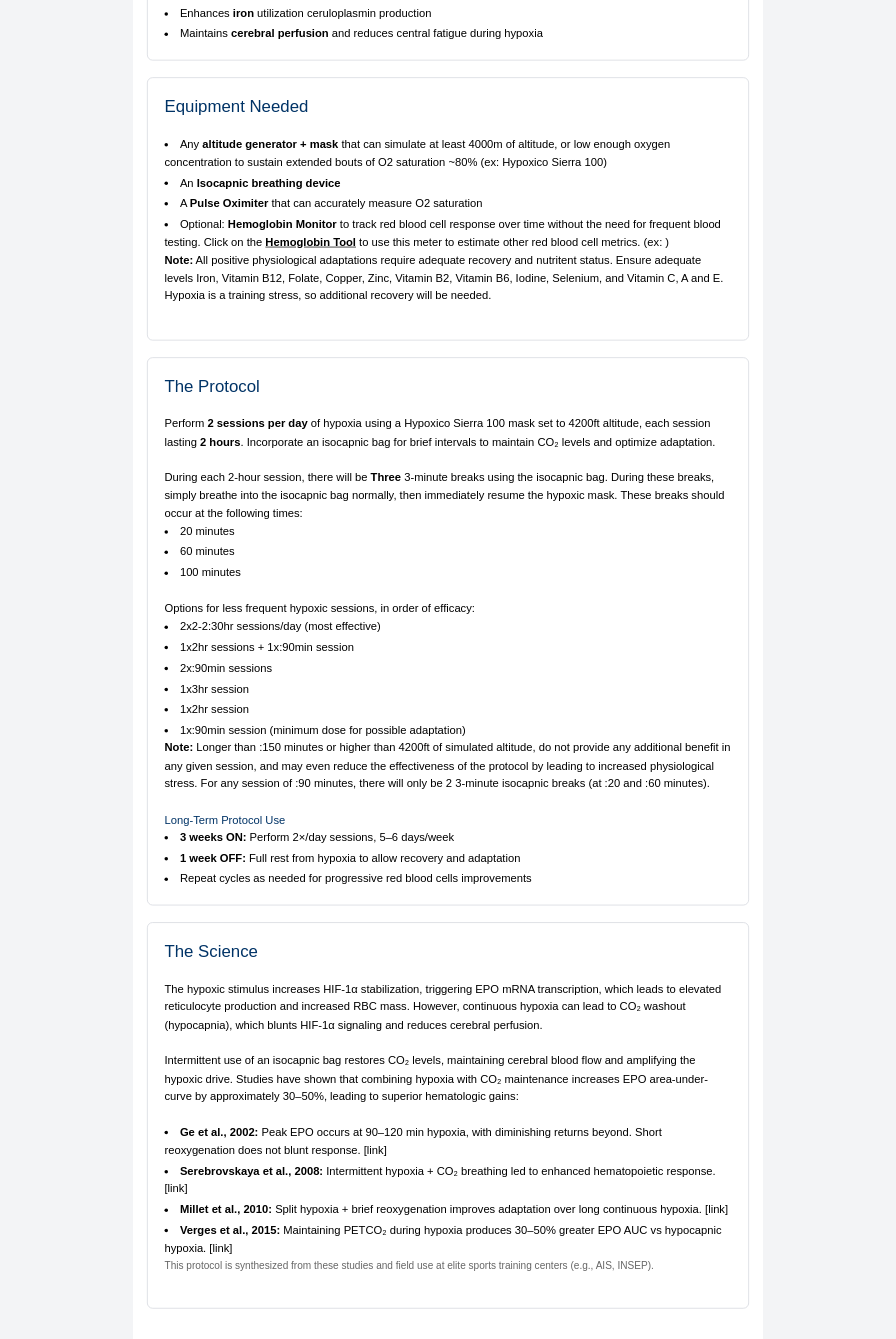
Repository: austenhughes1/hemoglobin_rbc_metrics
Page: hypoxia_protocol.html
An editor plug-in stored every save of this project. The page is shown before and after the next save, followed by the edit.
The browser window is 1280 px wide. The pictures show the part of the page from y = 759 to 2679 px (the page is 2672 px tall before and 2679 px after), at 70% of full size.
Some web libraries are served in a nearby version.

Above is the page before, as saved 2025-06-25 16:20:12.

### hypoxia_protocol.html
<!DOCTYPE html>
<html lang="en">
<head>
  <meta charset="UTF-8" />
  <meta name="viewport" content="width=device-width, initial-scale=1.0"/>
  <title>Hemocalc PRO Hypoxia + Isocapnic Bag Protocol</title>
  <script src="https://cdn.tailwindcss.com"></script>
  <style>
    /* Typography & layout for the content area */
    .content {
      font-family: Arial, sans-serif;
      line-height: 1.6;
      padding: 20px;
      max-width: 900px;
      margin: auto;
      background: white;
    }
    h1, h2, h3 { color: #003366; }
    h1 { border-bottom: 2px solid #003366; padding-bottom: 5px; }
    .citation { font-size: 0.9em; color: #666; }
  </style>
</head>
<body class="bg-gray-100 min-h-screen">

  <!-- Full‐width sticky header -->
  <header class="sticky top-0 z-20 bg-gray-100 shadow-sm w-full">
    <nav class="flex justify-start space-x-2 px-4 py-3">
      <a
        href="index.html"
        class="px-4 py-2 border border-b-0 rounded-t bg-gray-100 text-gray-900 font-medium whitespace-nowrap"
      >
        Hemoglobin Tool
      </a>
      <a
        href="hypoxia_protocol.html"
        class="px-4 py-2 border border-b-0 rounded-t bg-white text-gray-600 hover:bg-gray-200 whitespace-nowrap"
      >
        Hypoxia Protocol
      </a>
    </nav>
  </header>

  <!-- Main content container -->
  <div class="content">
    <h1 class="text-4xl font-bold mb-4">Hypoxia Protocol for Increased Endurance and/or Altitude Adaptation</h1>

    <section class="border border-gray-300 rounded-lg p-6 mb-6 bg-white">
        <h2 class="text-2xl">Why Use This Protocol?</h2>
        <br>
        <p>
        This protocol is designed for endurance athletes, high-altitude athletes, or any individuals aiming to increase their red blood cell (RBC) mass, improve oxygen transport, and improve endurance athletic performance without the use of WADA banned substances.
        </p>
        <br>
        <p>
        Classically, altitude training blocks or altitude exposures such as altitude tents have been a staple for endurance athletes to improve performance. However, these methods have their drawbacks; training at altitude reduces the quality of higher intensity sessions, and altitude tents can reduce sleep quality and recovery. This protocol can ben done in 2-4 hours per day, and can be done while peforming any daily activity that doesn't require you to move to many different rooms or locations (e.g., working at a computer, reading or watching television, etc).
        </p>
        <br>
        <p>
        This protocol can be used anywhere, at any time, once you have the equipment. It is designed to be used in conjunction with your normal training schedule, allowing you to maintain high-quality training while still reaping the benefits of altitude exposure. Even when used while living and/or training at altitude, this protocol will provide benefits above and beyond what can be achieved through altitude exposure alone.
        </p>
        <br>
        <p>By combining controlled hypoxia sessions with intermittent isocapnic breathing, this approach:</p>
        <br>
        <ul class="list-disc list-inside space-y-1">
            <li>Stimulates <strong>erythropoietin (EPO)</strong> production and reticulocyte response</li>
            <li>Enhances <strong>red blood cell mass</strong> for improved endurance</li>
            <li>Enhances <strong>iron</strong> utilization ceruloplasmin production </li>
            <li>Maintains <strong>cerebral perfusion</strong> and reduces central fatigue during hypoxia</li>
        </ul>
    </section>

    <section class="border border-gray-300 rounded-lg p-6 mb-6 bg-white">
        <h2 class="text-2xl">Equipment Needed</h2>
        <br>
        <ul class="list-disc list-inside space-y-1">
            <li>Any <strong>altitude generator + mask</strong> that can simulate at least 4000m of altitude, or low enough oxygen concentration to sustain extended bouts of O2 saturation ~80% (ex: <a href="https://hypoxico.com/products/sierra-100" target="_blank">Hypoxico Sierra 100</a>)</li>
            <li>An <strong>Isocapnic breathing device</strong></li>
            <li>A <strong>Pulse Oximiter</strong> that can accurately measure O2 saturation</li>
            <li>Optional: <strong>Hemoglobin Monitor</strong> to track red blood cell response over time without the need for frequent blood testing. Click on the <a class="font-bold underline" href="https://www.hemocalc.pro/index.html">Hemoglobin Tool</a> to use this meter to estimate other red blood cell metrics. (ex: )</li>
        </ul>
        <p>
        <strong>Note:</strong> All positive physiological adaptations require adequate recovery and nutritent status. Ensure adequate levels Iron, Vitamin B12, Folate, Copper, Zinc, Vitamin B2, Vitamin B6, Iodine, Selenium, and Vitamin C, A and E. Hypoxia is a training stress, so additional recovery will be needed.
        </p>
        <br>
    </section>

    <section class="border border-gray-300 rounded-lg p-6 mb-6 bg-white">
        <h2 class="text-2xl">The Protocol</h2>
        <br>
        <p>
        Perform <strong>2 sessions per day</strong> of hypoxia using a Hypoxico Sierra 100 mask set to 4200ft altitude, each session lasting <strong>2 hours</strong>. Incorporate an isocapnic bag for brief intervals to maintain CO₂ levels and optimize adaptation.
        </p>
        <br>

        <p>
        During each 2-hour session, there will be <strong>Three</strong> 3-minute breaks using the isocapnic bag. During these breaks, simply breathe into the isocapnic bag normally, then immediately resume the hypoxic mask. These breaks should occur at the following times:
        <ul class="list-disc list-inside space-y-1">
            <li>20 minutes</li>
            <li>60 minutes</li>
            <li>100 minutes</li>
        </ul>
        </p>
        <br>

        <p>
        Options for less frequent hypoxic sessions, in order of efficacy:
        <ul class="list-disc list-inside space-y-1">
            <li>2x2-2:30hr sessions/day (most effective)</li>
            <li>1x2hr sessions + 1x:90min session</li>
            <li>2x:90min sessions</li>
            <li>1x3hr session</li>
            <li>1x2hr session</li>
            <li>1x:90min session (minimum dose for possible adaptation)</li>
        </ul>
        <strong>Note:</strong> Longer than :150 minutes or higher than 4200ft of simulated altitude, do not provide any additional benefit in any given session, and may even reduce the effectiveness of the protocol by leading to increased physiological stress. For any session of :90 minutes, there will only be 2 3-minute isocapnic breaks (at :20 and :60 minutes).
        </p>
        <br>

        <h2>Long-Term Protocol Use</h2>
        <ul class="list-disc list-inside space-y-1">
        <li><strong>3 weeks ON:</strong> Perform 2×/day sessions, 5–6 days/week</li>
        <li><strong>1 week OFF:</strong> Full rest from hypoxia to allow recovery and adaptation</li>
        <li>Repeat cycles as needed for progressive red blood cells improvements</li>
        </ul>
    </section>


    <section class="border border-gray-300 rounded-lg p-6 mb-6 bg-white">
        <h2 class="text-2xl">The Science </h2>
        <br>
        <p>
        The hypoxic stimulus increases HIF-1α stabilization, triggering EPO mRNA transcription, which leads to elevated reticulocyte production and increased RBC mass. However, continuous hypoxia can lead to CO₂ washout (hypocapnia), which blunts HIF-1α signaling and reduces cerebral perfusion.
        </p>
        <br>
        <p>
        Intermittent use of an isocapnic bag restores CO₂ levels, maintaining cerebral blood flow and amplifying the hypoxic drive. Studies have shown that combining hypoxia with CO₂ maintenance increases EPO area-under-curve by approximately 30–50%, leading to superior hematologic gains:
        </p>
        <br>
        <ul class="list-disc list-inside space-y-1">
        <li><strong>Ge et al., 2002:</strong> Peak EPO occurs at 90–120 min hypoxia, with diminishing returns beyond. Short reoxygenation does not blunt response. [<a href="https://www.hypoxico.com/wp-content/uploads/2018/04/Determinants-of-erythropoietin-release-in-response-to-short-term-hypobaric-hypoxia.pdf" target="_blank">link</a>]</li>
        <li><strong>Serebrovskaya et al., 2008:</strong> Intermittent hypoxia + CO₂ breathing led to enhanced hematopoietic response. [<a href="https://pubmed.ncbi.nlm.nih.gov/18078855/" target="_blank">link</a>]</li>
        <li><strong>Millet et al., 2010:</strong> Split hypoxia + brief reoxygenation improves adaptation over long continuous hypoxia. [<a href="https://pubmed.ncbi.nlm.nih.gov/20092365/" target="_blank">link</a>]</li>
        <li><strong>Verges et al., 2015:</strong> Maintaining PETCO₂ during hypoxia produces 30–50% greater EPO AUC vs hypocapnic hypoxia. [<a href="https://pubmed.ncbi.nlm.nih.gov/26319812/" target="_blank">link</a>]</li>
        </ul>

        <p class="citation">
        This protocol is synthesized from these studies and field use at elite sports training centers (e.g., AIS, INSEP).
        </p>
        <br>
    </section>
  </div>
</body>
</html>

After the next save:
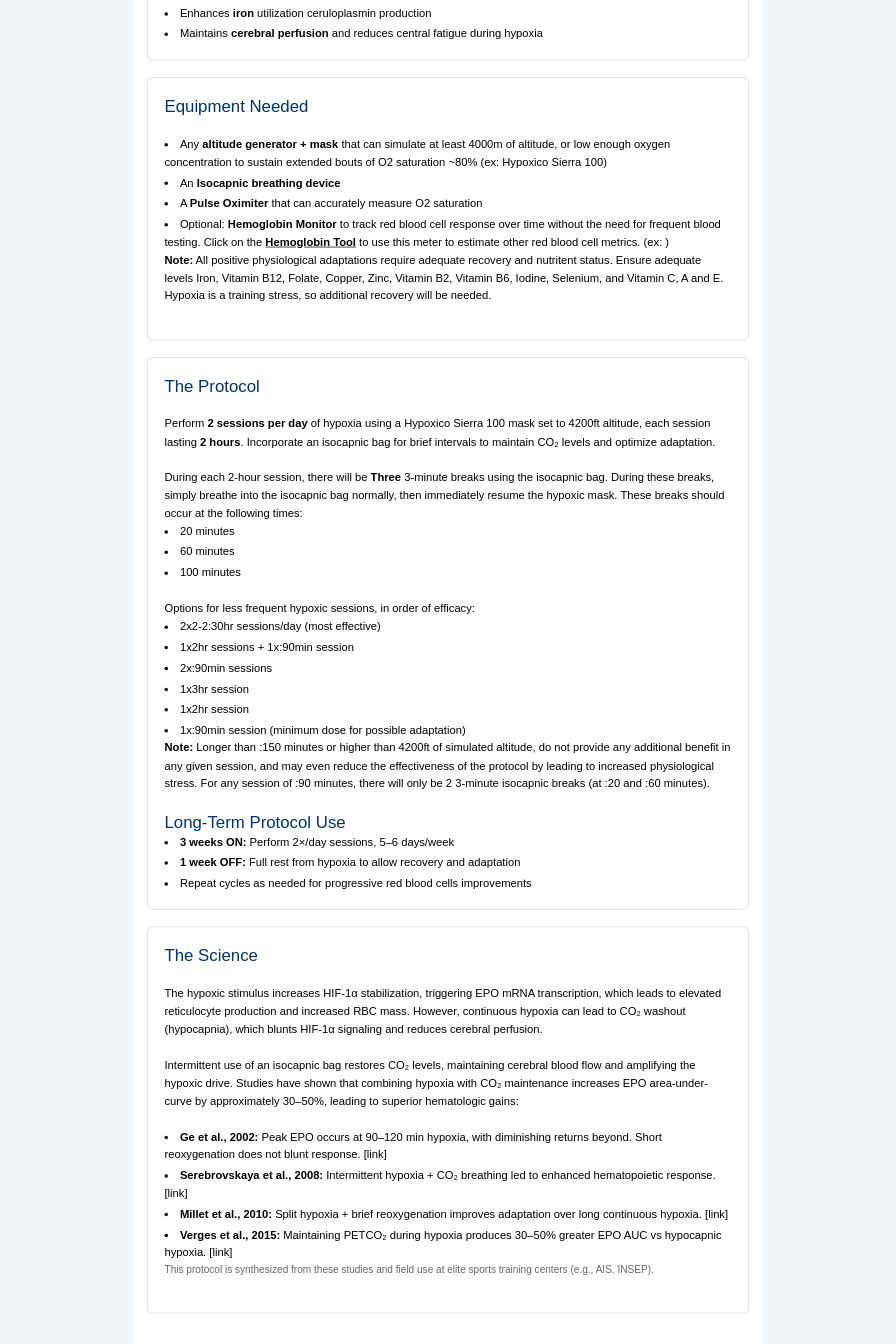
Saved 56 s later.
--- a/hypoxia_protocol.html
+++ b/hypoxia_protocol.html
@@ -116,7 +116,7 @@
         </p>
         <br>
 
-        <h2>Long-Term Protocol Use</h2>
+        <h2 class="text-2xl">Long-Term Protocol Use</h2>
         <ul class="list-disc list-inside space-y-1">
         <li><strong>3 weeks ON:</strong> Perform 2×/day sessions, 5–6 days/week</li>
         <li><strong>1 week OFF:</strong> Full rest from hypoxia to allow recovery and adaptation</li>
